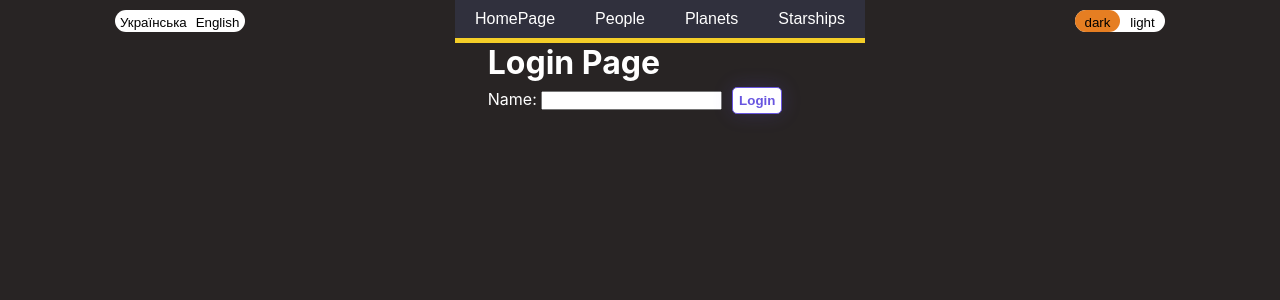
Repository: Novoselets28/star-wars-hooks
Page: /people
The author's editor kept a copy of each file at every save. The page is drawn from the files as they stood at one save, then again after the next save.
The browser window is 1280 px wide. The pictures show the whole page.
The project was rebuilt for these pictures with package versions that can differ from the ones it lists, and the page was loaded fresh each time. Also part of the build but not shown: src/components/HomePage.jsx, src/components/People/CurrentPeople.jsx, src/components/People/PeopleList.jsx, src/components/People/People.jsx, src/components/Planets/CurrentPlanet.jsx, src/components/Planets/PlanetsList.jsx, src/components/Planets/Planets.jsx, src/components/Starships/CurrentStarship.jsx and 4 more.

Above is the page before, as saved 2023-03-27 21:02:18.

After the next save:
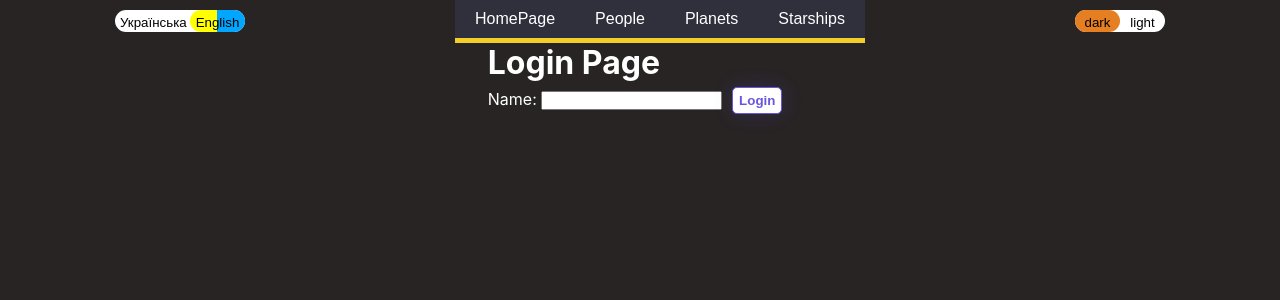
Saved 40 s later.
--- a/src/App.js
+++ b/src/App.js
@@ -21,12 +21,12 @@ function App() {
 
   const [theme, setTheme] = useState("dark");
 
-  const [language, setLanguage] = useState("eng")
+  const [currentLang, setCurrentLang] = useState("eng")
 
 
   return (
           <div className={`container-${theme}`}>
-            <LangContext.Provider value={{language, setLanguage}}>
+            <LangContext.Provider value={{currentLang, setCurrentLang}}>
               <ThemeContext.Provider value={{theme,setTheme}}>
                 <AuthProvider>
                   <Header/>
